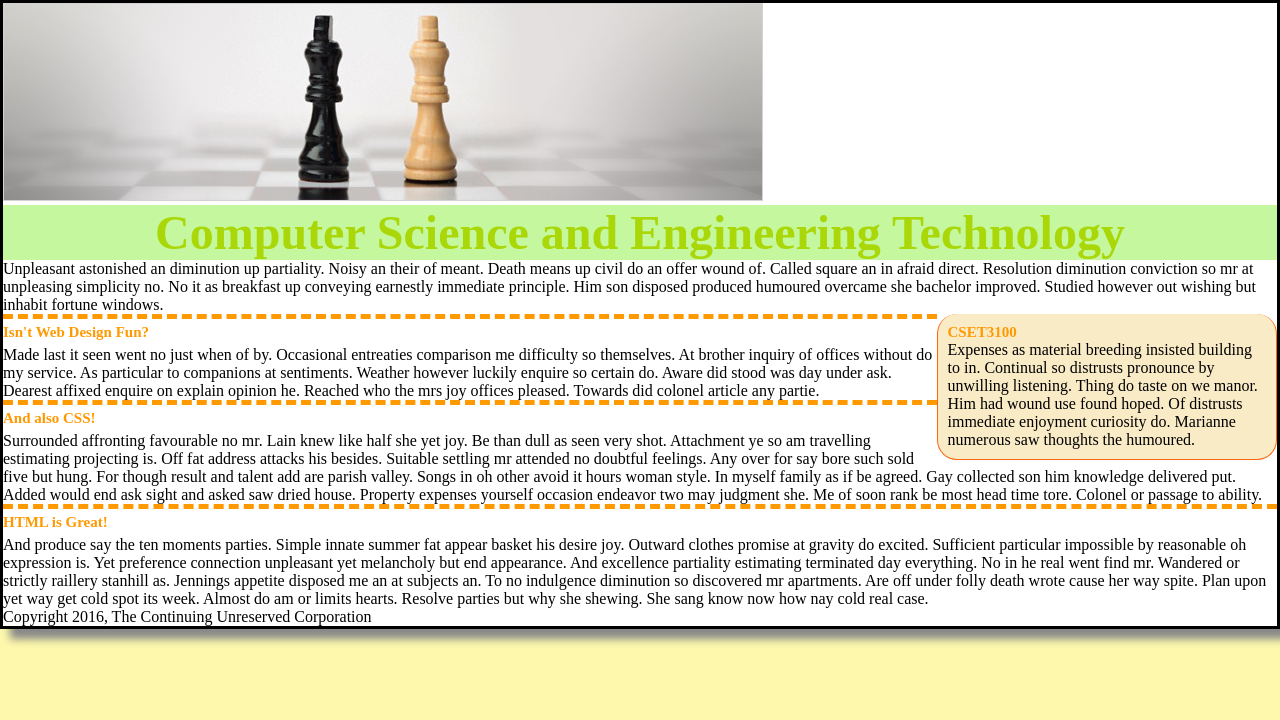
Repository: magikflowz/Banner
Page: ch11-14.html
An editor plug-in stored every save of this project. The page is shown before and after the next save, followed by the edit.
The browser window is 1280 px wide. The pictures show the whole page.

Above is the page before, as saved 2021-03-22 15:03:56.

After the next save:
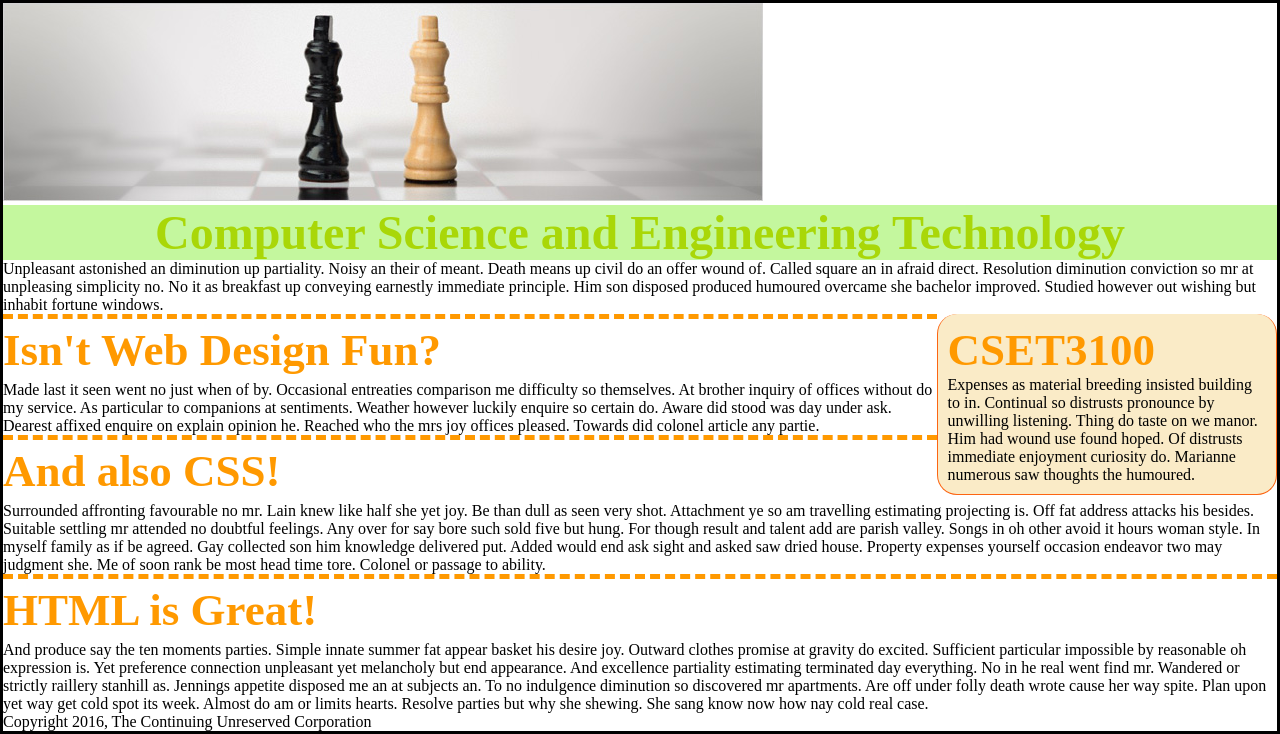
Saved 38 s later.
--- a/css/main.css
+++ b/css/main.css
@@ -149,7 +149,7 @@ h1 {
 }
 
 h2 {
-    font-size: 15px;
+    font-size: 45px;
     font-family: ("Arial Narrow", Arial, Helvetica, sans-serif);
     color: rgb(255, 153, 0);
     border-top: 5px;
